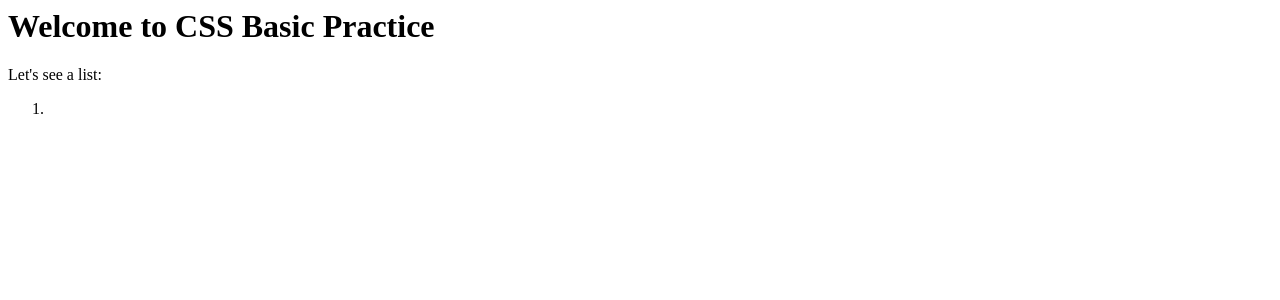
Repository: MonwarAdeeb/Bista_Solutions
Page: HTML & CSS/CSS/Level One/Level_One.html
The author's editor kept a copy of each file at every save. The page is drawn from the files as they stood at one save, then again after the next save.
The browser window is 1280 px wide. The pictures show the whole page.

Above is the page before, as saved 2021-05-19 15:52:02.

After the next save:
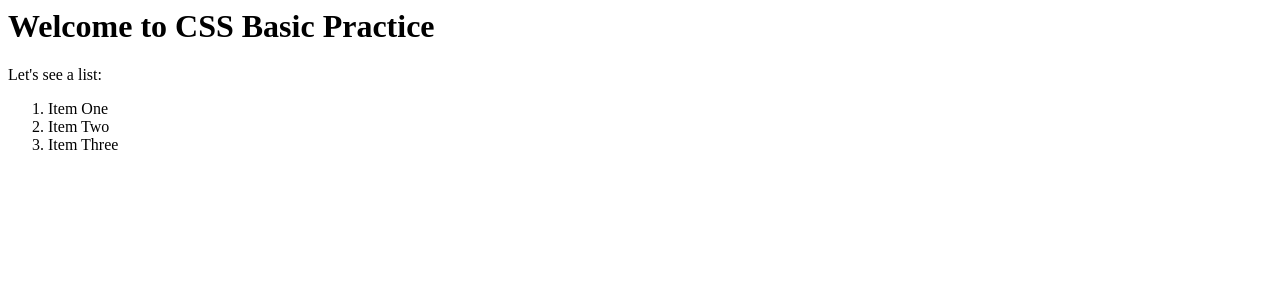
Saved 11 s later.
--- a/HTML & CSS/CSS/Level One/Level_One.html
+++ b/HTML & CSS/CSS/Level One/Level_One.html
@@ -11,7 +11,9 @@
     <p>Let's see a list:</p>
 
     <ol>
-        <li></li>
+        <li>Item One</li>
+        <li>Item Two</li>
+        <li>Item Three</li>
     </ol>
 </body>
 </html>
